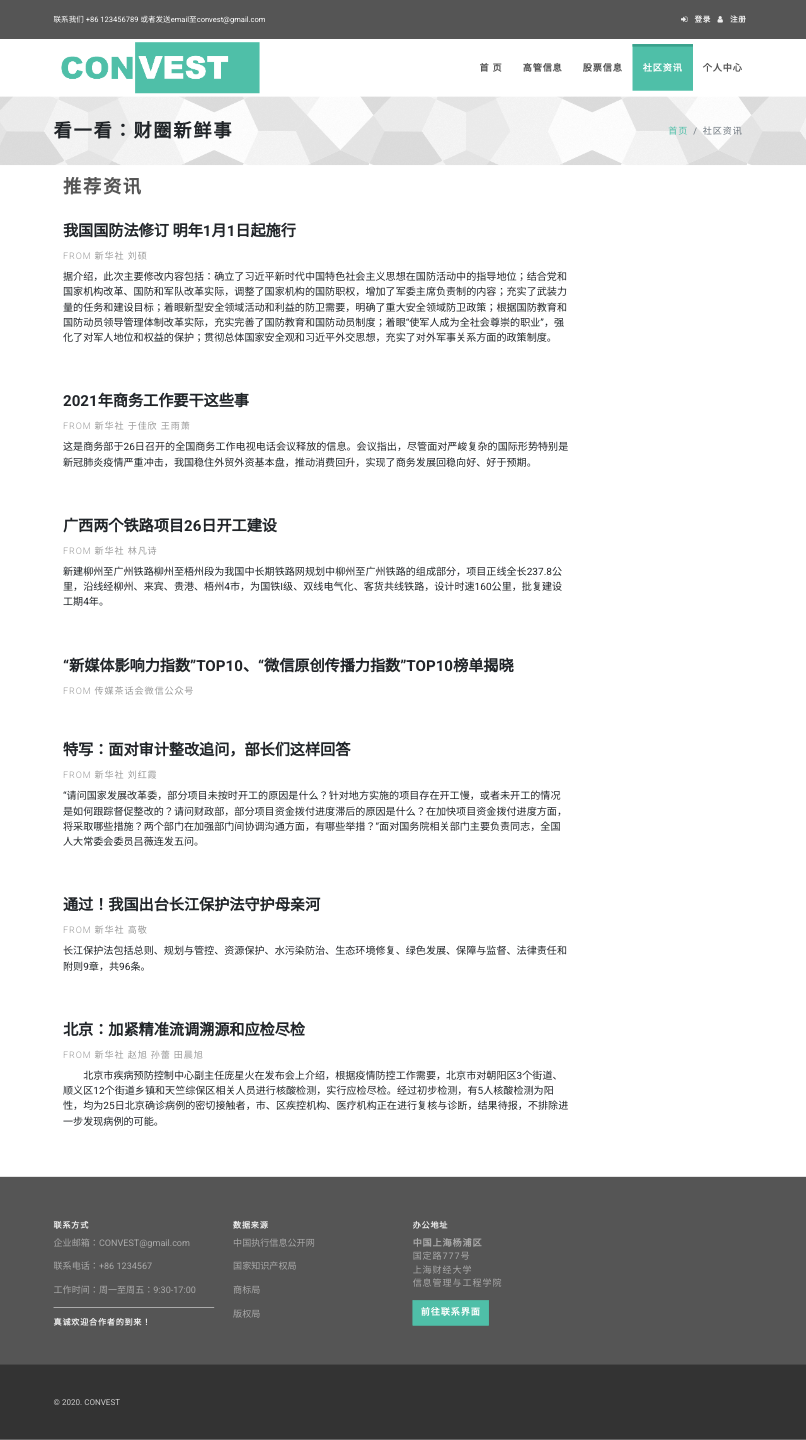
Repository: SUFELYZ/CONVEST
Page: http://localhost/CONVEST/社区资讯.jsp
These files come from the project's save history. The page is drawn as it stood at one moment and after the next save; the edit follows.
The browser window is 1280 px wide. The pictures show the whole page, at 63% of full size.
The page is served by Tomcat 9. Other server files are loaded and not shown.

Above is the page before, as saved 2021-01-05 16:20:54.

### CONVEST 1.0/CONVEST/WebContent/社区资讯.jsp
<%@ page language="java" contentType="text/html; charset=UTF-8" pageEncoding="UTF-8"%>
<!DOCTYPE html>
<html>
<head>
<meta charset="utf-8">
    <meta http-equiv="X-UA-Compatible" content="IE=edge">
    <title>CONVEST</title>
    <meta name="description" content="">
    <meta name="viewport" content="width=device-width, initial-scale=1">
    <meta name="robots" content="all,follow">
    <!-- Bootstrap CSS-->
    <link rel="stylesheet" href="vendor/bootstrap/css/bootstrap.min.css">
    <!-- Font Awesome CSS-->
    <link rel="stylesheet" href="vendor/font-awesome/css/font-awesome.min.css">
    <!-- Google fonts - Roboto-->
    <link rel="stylesheet" href="https://fonts.googleapis.com/css?family=Roboto:300,400,700">
    <!-- Bootstrap Select-->
    <link rel="stylesheet" href="vendor/bootstrap-select/css/bootstrap-select.min.css">
    <!-- owl carousel-->
    <link rel="stylesheet" href="vendor/owl.carousel/assets/owl.carousel.css">
    <link rel="stylesheet" href="vendor/owl.carousel/assets/owl.theme.default.css">
    <!-- theme stylesheet-->
    <link rel="stylesheet" href="css/style.default.css" id="theme-stylesheet">
    <!-- Custom stylesheet - for your changes-->
    <link rel="stylesheet" href="css/custom.css">
    <!-- Favicon and apple touch icons-->
    <link rel="shortcut icon" href="img/favicon.ico" type="image/x-icon">
    <link rel="apple-touch-icon" href="img/apple-touch-icon.png">
    <link rel="apple-touch-icon" sizes="57x57" href="img/apple-touch-icon-57x57.png">
    <link rel="apple-touch-icon" sizes="72x72" href="img/apple-touch-icon-72x72.png">
    <link rel="apple-touch-icon" sizes="76x76" href="img/apple-touch-icon-76x76.png">
    <link rel="apple-touch-icon" sizes="114x114" href="img/apple-touch-icon-114x114.png">
    <link rel="apple-touch-icon" sizes="120x120" href="img/apple-touch-icon-120x120.png">
    <link rel="apple-touch-icon" sizes="144x144" href="img/apple-touch-icon-144x144.png">
    <link rel="apple-touch-icon" sizes="152x152" href="img/apple-touch-icon-152x152.png">
    <!-- Tweaks for older IEs--><!--[if lt IE 9]>
        <script src="https://oss.maxcdn.com/html5shiv/3.7.3/html5shiv.min.js"></script>
        <script src="https://oss.maxcdn.com/respond/1.4.2/respond.min.js"></script><![endif]-->
</head>
<body>
<div id="all">
      <!-- Top bar-->
      <div class="top-bar">
        <div class="container">
          <div class="row d-flex align-items-center">
            <div class="col-md-6 d-md-block d-none">
              <p>联系我们 +86 123456789 或者发送email至convest@gmail.com</p>
            </div>
            <div class="col-md-6">
              <div class="d-flex justify-content-md-end justify-content-between">
                <ul class="list-inline contact-info d-block d-md-none">
                  <li class="list-inline-item"><a href="#"><i class="fa fa-phone"></i></a></li>
                  <li class="list-inline-item"><a href="#"><i class="fa fa-envelope"></i></a></li>
                </ul>
                <div class="login"><a href="#" data-toggle="modal" data-target="#login-modal" class="login-btn"><i class="fa fa-sign-in"></i><span class="d-none d-md-inline-block">登录</span></a><a href="customer-register.jsp" class="signup-btn"><i class="fa fa-user"></i><span class="d-none d-md-inline-block">注册</span></a></div>

              </div>
            </div>
          </div>
        </div>
      </div>
      <!-- Top bar end-->
      <!-- Login Modal-->
      <div id="login-modal" tabindex="-1" role="dialog" aria-labelledFrom="login-modalLabel" aria-hidden="true" class="modal fade">
        <div role="document" class="modal-dialog">
          <div class="modal-content">
            <div class="modal-header">
              <h4 id="login-modalLabel" class="modal-title">用户登录</h4>
              <button type="button" data-dismiss="modal" aria-label="Close" class="close"><span aria-hidden="true">×</span></button>
            </div>
            <div class="modal-body">
              <form action="个人中心.jsp" method="get">
                <div class="form-group">
                  <input id="email_modal" type="text" placeholder="email" class="form-control">
                </div>
                <div class="form-group">
                  <input id="password_modal" type="password" placeholder="密码" class="form-control">
                </div>
                <p class="text-center">
                  <button class="btn btn-template-outlined"><i class="fa fa-sign-in"></i> 登录</button>
                </p>
              </form>
              <p class="text-center text-muted">还没注册？</p>
              <p class="text-center text-muted"><a href="customer-register.jsp"><strong>即刻注册</strong></a>! 只需一分钟，体验更多功能！</p>
            </div>
          </div>
        </div>
      </div>
      <!-- Login modal end-->
      <!-- Navbar Start-->
      <header class="nav-holder make-sticky">
        <div id="navbar" role="navigation" class="navbar navbar-expand-lg">
          <div class="container"><a href="首页.jsp" class="navbar-brand home"><img src="img/logo.png" alt="Universal logo" class="d-none d-md-inline-block"><img src="img/logo-small.png" alt="Universal logo" class="d-inline-block d-md-none"><span class="sr-only">CONVEST - go to homepage</span></a>
            <button type="button" data-toggle="collapse" data-target="#navigation" class="navbar-toggler btn-template-outlined"><span class="sr-only">Toggle navigation</span><i class="fa fa-align-justify"></i></button>
            <div id="navigation" class="navbar-collapse collapse">
              <ul class="nav navbar-nav ml-auto">
                <li class="nav-item dropdown menu-large"><a href="首页.jsp" >首 页 <b class="caret"></b></a>

                </li>
                <li class="nav-item dropdown menu-large"><a href="高管信息.jsp">高管信息 <b class="caret"></b></a>

                </li>
                <li class="nav-item dropdown menu-large"><a href="股票信息.jsp" >股票信息<b class="caret"></b></a>

                </li>
                <li class="nav-item dropdown active"><a href="社区资讯.jsp" >社区资讯 <b class="caret"></b></a>

                </li>

                <li class="nav-item dropdown menu-large"><a href="个人中心.jsp" >个人中心 <b class="caret"></b></a>

                </li>
                <!-- ========== Contact dropdown end ==================-->
              </ul>
            </div>
            <div id="search" class="collapse clearfix">
              <form role="search" class="navbar-form">
                <div class="input-group">
                  <input type="text" placeholder="Search" class="form-control"><span class="input-group-btn">
                    <button type="button" class="btn btn-template-main"><i class="fa fa-search"></i></button></span>
                </div>
              </form>
            </div>
          </div>
        </div>
      </header>
      <!-- Navbar End-->

      <div id="heading-breadcrumbs">
        <div class="container">
          <div class="row d-flex align-items-center flex-wrap">
            <div class="col-md-7">
              <h1 class="h2">看一看：财圈新鲜事</h1>
            </div>
            <div class="col-md-5">
              <ul class="breadcrumb d-flex justify-content-end">
                <li class="breadcrumb-item"><a href="首页.jsp">首页</a></li>
                <li class="breadcrumb-item active">社区资讯</li>
              </ul>
            </div>
          </div>
        </div>
      </div>
      <div id="content">
        <div class="container">
          <section class="bar no-padding-bottom">
            <div class="row">
              <div class="col-md-12">
              </div>
            </div>
          </section>


      <!-- LEFT COLUMN _________________________________________________________-->
              <div id="blog-listing-big" class="col-md-9">
                  <div class="post" id="qeone">
                      <h2><a>推荐资讯</a></h2>


                         <br>
                   <div class="post" id="qeone">
                      <h3><a id="title1">我国国防法修订 明年1月1日起施行</a></h3>
                       <div class="row">
                          <div class="col-sm-12">
                              <p class="author-category">From <a id="name1">新华社 刘硕</a></p>
                              <p>据介绍，此次主要修改内容包括：确立了习近平新时代中国特色社会主义思想在国防活动中的指导地位；结合党和国家机构改革、国防和军队改革实际，调整了国家机构的国防职权，增加了军委主席负责制的内容；充实了武装力量的任务和建设目标；着眼新型安全领域活动和利益的防卫需要，明确了重大安全领域防卫政策；根据国防教育和国防动员领导管理体制改革实际，充实完善了国防教育和国防动员制度；着眼“使军人成为全社会尊崇的职业”，强化了对军人地位和权益的保护；贯彻总体国家安全观和习近平外交思想，充实了对外军事关系方面的政策制度。
                          </div>

                      </div>
                  </div>
                  <div class="post" id="qetwo">
                      <h3><a id="title2">2021年商务工作要干这些事</a></h3>
                      <div class="row" >
                          <div class="col-sm-12">
                              <p class="author-category">From <a id="name2">新华社 于佳欣 王雨萧</a></p>
                              <p>这是商务部于26日召开的全国商务工作电视电话会议释放的信息。会议指出，尽管面对严峻复杂的国际形势特别是新冠肺炎疫情严重冲击，我国稳住外贸外资基本盘，推动消费回升，实现了商务发展回稳向好、好于预期。 </p>
                          </div>
                      </div>
                  </div>


                  <div class="post" id="qethree">
                      <h3><a id="title3">广西两个铁路项目26日开工建设</a></h3>
                      <div class="row">
                          <div class="col-sm-12">
                              <p class="author-category">From <a id="name5">新华社 林凡诗</a></p>
                              <p>新建柳州至广州铁路柳州至梧州段为我国中长期铁路网规划中柳州至广州铁路的组成部分，项目正线全长237.8公里，沿线经柳州、来宾、贵港、梧州4市，为国铁I级、双线电气化、客货共线铁路，设计时速160公里，批复建设工期4年。</p>
                          </div>
                      </div>
                  </div>
                  <div class="post" id="qefour">
                      <h3><a id="title4">“新媒体影响力指数”TOP10、“微信原创传播力指数”TOP10榜单揭晓</a></h3>
                      <div class="row">
                          <div class="col-sm-12">
                              <p class="author-category">From <a id="name6">传媒茶话会微信公众号</a></p>

                          </div>
                      </div>
                  </div>

                   <div class="post" id="qefive">
                      <h3><a id="title5">特写：面对审计整改追问，部长们这样回答</a></h3>
                      <div class="row">
                          <div class="col-sm-12">
                              <p class="author-category">From <a id="name8">新华社 刘红霞</a></p>
                              <p>“请问国家发展改革委，部分项目未按时开工的原因是什么？针对地方实施的项目存在开工慢，或者未开工的情况是如何跟踪督促整改的？请问财政部，部分项目资金拨付进度滞后的原因是什么？在加快项目资金拨付进度方面，将采取哪些措施？两个部门在加强部门间协调沟通方面，有哪些举措？”面对国务院相关部门主要负责同志，全国人大常委会委员吕薇连发五问。</p>
                          </div>
                      </div>
                  </div>
                  <div class="post" id="qesix">
                      <h3><a id="title6">通过！我国出台长江保护法守护母亲河</a></h3>
                      <div class="row">
                          <div class="col-sm-12">
                              <p class="author-category">From <a id="name9">新华社 高敬</a></p>
                              <p>长江保护法包括总则、规划与管控、资源保护、水污染防治、生态环境修复、绿色发展、保障与监督、法律责任和附则9章，共96条。</p>
                          </div>
                      </div>
                  </div>
                  <div class="post" id="qeseven">
                      <h3><a id="title7">北京：加紧精准流调溯源和应检尽检</a></h3>
                      <div class="row" >
                          <div class="col-sm-12">
                              <p class="author-category">From <a id="name10">新华社 赵旭 孙蕾 田晨旭</a></p>
                              <p>　　北京市疾病预防控制中心副主任庞星火在发布会上介绍，根据疫情防控工作需要，北京市对朝阳区3个街道、顺义区12个街道乡镇和天竺综保区相关人员进行核酸检测，实行应检尽检。经过初步检测，有5人核酸检测为阳性，均为25日北京确诊病例的密切接触者，市、区疾控机构、医疗机构正在进行复核与诊断，结果待报，不排除进一步发现病例的可能。</p>
                          </div>
                      </div>
                  </div>
                  <div class="post" id="qeeight" style="display:none">
                      <h3><a id="title8">武汉城市圈第5条城际铁路正式开通运营</a></h3>
                      <div class="row" >
                          <div class="col-sm-6">
                              <p class="author-category">From <a id="name11">新华社 王贤</a></p>
                          </div>
                      </div>
                  </div>
                  <div class="post" id="qe2" style="display:none">
                      <h3><a id="title12">全国商务工作电视电话会议召开 部署2021年重点工作</a></h3>
                      <div class="row" >
                          <div class="col-sm-6">
                              <p class="author-category">From <a id="name12">上海证券报·中国证券网</a></p>
                          </div>
                      </div>
                  </div>
                  <div class="post" id="qe3" style="display:none">
                      <h3><a id="title13">湘鄂渝黔桂边区重要铁路枢纽“再升级”</a></h3>
                      <div class="row" >
                          <div class="col-sm-6">
                              <p class="author-category">From <a id="name13">新华社 史卫燕</a></p>
                          </div>
                      </div>
                  </div>
                  <div class="post" id="qe4" style="display:none">
                      <h3><a id="title14">十三届全国人大四次会议将于2021年3月5日在京召开</a></h3>
                      <div class="row" >
                          <div class="col-sm-6">
                              <p class="author-category">From <a id="name14">新华社 王琦</a></p>
                          </div>
                      </div>
                  </div>
                   <div class="post" id="qe5" style="display:none">
                      <h3><a id="title15">三个月时间，广州浪奇“黑洞”扩大了50%，何时是尽头？</a></h3>
                       <div class="row" >
                          <div class="col-sm-6">
                              <p class="author-category">From <a id="name15">上海证券报微信公众号 邱德坤</a></p>
                          </div>
                      </div>
                  </div>




                </div>
                </div>
              </div>


      <!-- FOOTER -->
     <footer class="main-footer">
        <div class="container">
          <div class="row">
            <div class="col-lg-3">
              <h4 class="h6">联系方式</h4>
              <p>企业邮箱：<a href="mailto:CONVEST@gmail.com" rel="nofollow">CONVEST@gmail.com</a></p>
              <p>联系电话：+86 1234567</p>
              <p>工作时间：周一至周五：9:30-17:00</p>
              <hr>
              <h4 class="h6">真诚欢迎合作者的到来！</h4>

              <hr class="d-block d-lg-none">
            </div>
            <div class="col-lg-3">
              <h4 class="h6">数据来源</h4>
              <p><a href="http://zxgk.court.gov.cn/" target="_blank" rel="nofollow">中国执行信息公开网</a></p>
              <p><a href="http://www.sipo.gov.cn/" target="_blank" rel="nofollow">国家知识产权局</a></p>
              <p><a href="http://sbj.cnipa.gov.cn/" target="_blank" rel="nofollow">商标局</a></p>
              <p><a href="http://www.ncac.gov.cn/" target="_blank" rel="nofollow">版权局</a></p>

            </div>

            <div class="col-lg-3">
              <h4 class="h6">办公地址</h4>
              <p class="text-uppercase"><strong>中国上海杨浦区</strong><br>国定路777号 <br>上海财经大学<br>信息管理与工程学院<br><strong></strong></p><a href="contact.jsp" class="btn btn-template-main">前往联系界面</a>
              <hr class="d-block d-lg-none">
            </div>

          </div>
        </div>
        <div class="copyrights">
          <div class="container">
            <div class="row">
              <div class="col-lg-4 text-center-md">
                <p>&copy; 2020. CONVEST</p>
              </div>

            </div>
          </div>
        </div>
      </footer>
    </div>
    <!-- Javascript files-->
    <script src="vendor/jquery/jquery.min.js"></script>
    <script src="vendor/popper.js/umd/popper.min.js"> </script>
    <script src="vendor/bootstrap/js/bootstrap.min.js"></script>
    <script src="vendor/jquery.cookie/jquery.cookie.js"> </script>
    <script src="vendor/waypoints/lib/jquery.waypoints.min.js"> </script>
    <script src="vendor/jquery.counterup/jquery.counterup.min.js"> </script>
    <script src="vendor/owl.carousel/owl.carousel.min.js"></script>
    <script src="vendor/owl.carousel2.thumbs/owl.carousel2.thumbs.min.js"></script>
    <script src="js/jquery.parallax-1.1.3.js"></script>
    <script src="vendor/bootstrap-select/js/bootstrap-select.min.js"></script>
    <script src="vendor/jquery.scrollto/jquery.scrollTo.min.js"></script>
    <script src="js/front.js"></script>
<script src="js/jquery.dataTables.min.js"></script>
    <script src="js/template.js"></script>
     <script>
     function login(){
 		var myusername = $("#myusername").val();
 		var mypassword = $("#mypassword").val();

 		 if(myusername == "")
 			   {
 			   alert("请填写用户名！");
 			   }
 		   else if(mypassword == "")
 			  {
 			 	alert("请填写密码！");
 			  }
 		   else {
 		$.ajax({
 			url:"login",
 			type:"post",
 			data:{
 	    		   Name: myusername,
 	    		   Password:mypassword,
 	    		},
 	    	async:false,
 			success:function(data){
 				if(data != ""){
 					alert("登录成功");
 					window.location.href="首页.jsp";
 				}else{
 					alert("登录失败");
 				}
 			},
 			error:function(XMLHttpRequest, textStatus, errorThrown) {
 				alert("系统错误");
 			}
 		});

 	   	   }

 	}
     </script>
  </body>
</html>

Loaded but not shown: CONVEST 1.0/CONVEST/WebContent/css/custom.css (common file); CONVEST 1.0/CONVEST/WebContent/js/jquery.parallax-1.1.3.js (common file); CONVEST 1.0/CONVEST/WebContent/js/jquery.dataTables.min.js (library); CONVEST 1.0/CONVEST/WebContent/js/template.js (library); CONVEST 1.0/CONVEST/WebContent/js/front.js (295 lines, source omitted); CONVEST 1.0/CONVEST/WebContent/css/style.default.css (3694 lines, source omitted)

After the next save:
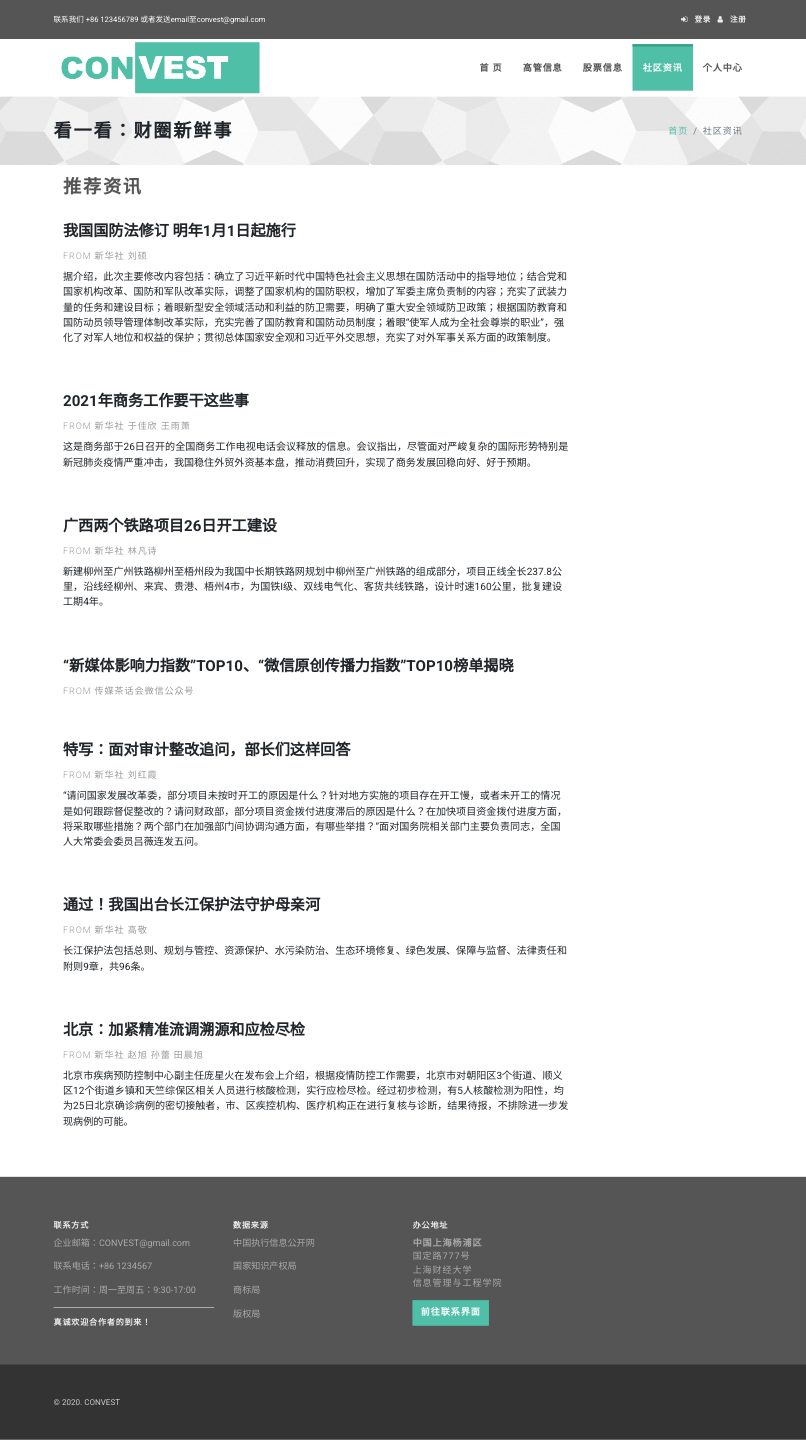
Saved 5 s later.
--- a/CONVEST 1.0/CONVEST/WebContent/社区资讯.jsp
+++ b/CONVEST 1.0/CONVEST/WebContent/社区资讯.jsp
@@ -221,7 +221,7 @@
                       <div class="row" >
                           <div class="col-sm-12">
                               <p class="author-category">From <a id="name10">新华社 赵旭 孙蕾 田晨旭</a></p>
-                              <p>　　北京市疾病预防控制中心副主任庞星火在发布会上介绍，根据疫情防控工作需要，北京市对朝阳区3个街道、顺义区12个街道乡镇和天竺综保区相关人员进行核酸检测，实行应检尽检。经过初步检测，有5人核酸检测为阳性，均为25日北京确诊病例的密切接触者，市、区疾控机构、医疗机构正在进行复核与诊断，结果待报，不排除进一步发现病例的可能。</p>
+                              <p>北京市疾病预防控制中心副主任庞星火在发布会上介绍，根据疫情防控工作需要，北京市对朝阳区3个街道、顺义区12个街道乡镇和天竺综保区相关人员进行核酸检测，实行应检尽检。经过初步检测，有5人核酸检测为阳性，均为25日北京确诊病例的密切接触者，市、区疾控机构、医疗机构正在进行复核与诊断，结果待报，不排除进一步发现病例的可能。</p>
                           </div>
                       </div>
                   </div>
